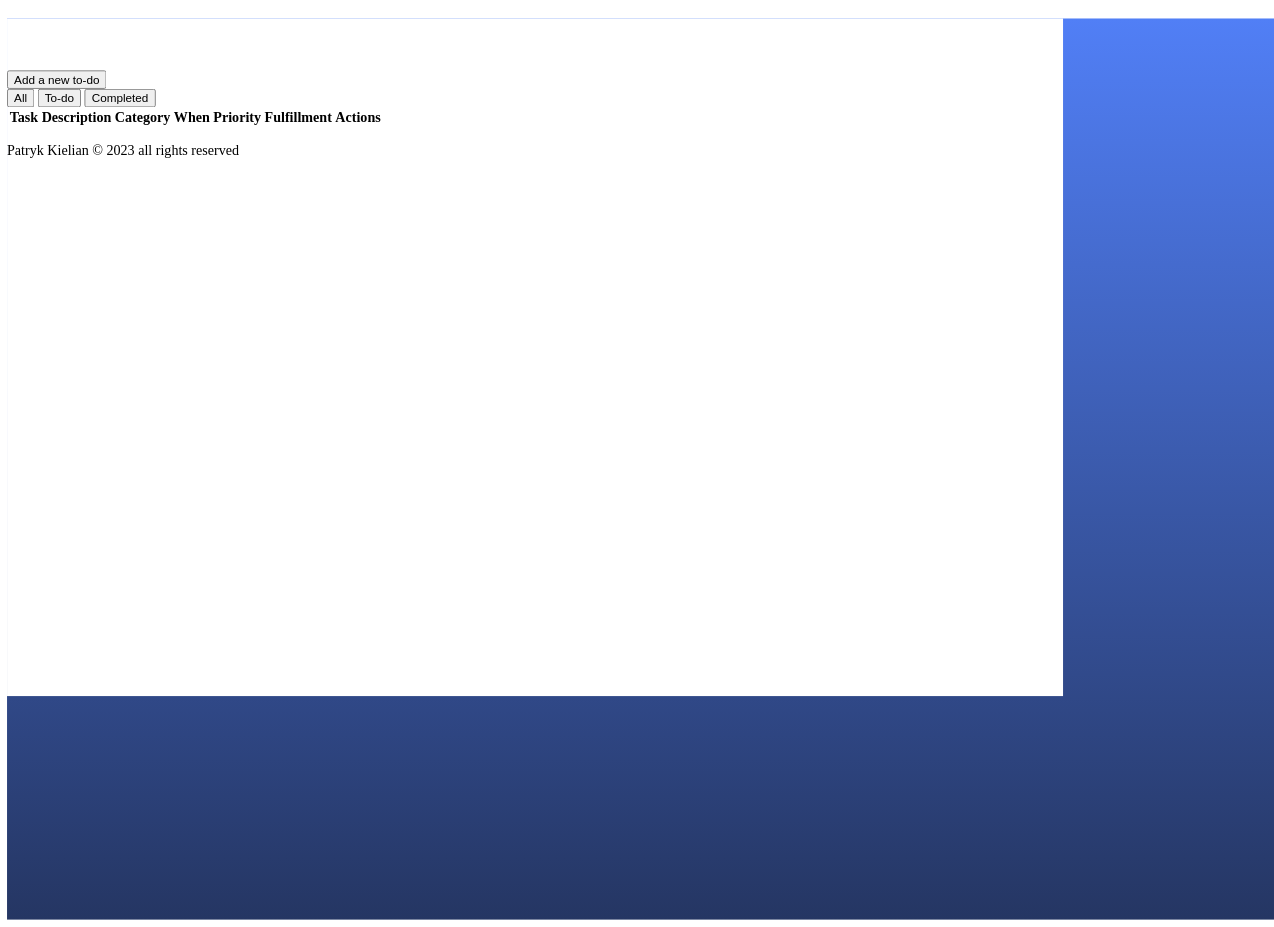
Repository: mirajane2/maquette-todo
Page: index.html
The author's editor kept a copy of each file at every save. The page is drawn from the files as they stood at one save, then again after the next save.
The browser window is 1280 px wide. The page is 1448 px wide, so the pictures cover 1448 px, including what lies to the right of the window. The pictures show the whole page, at 88% of full size.

Above is the page before, as saved 2024-11-12 15:32:20.

After the next save:
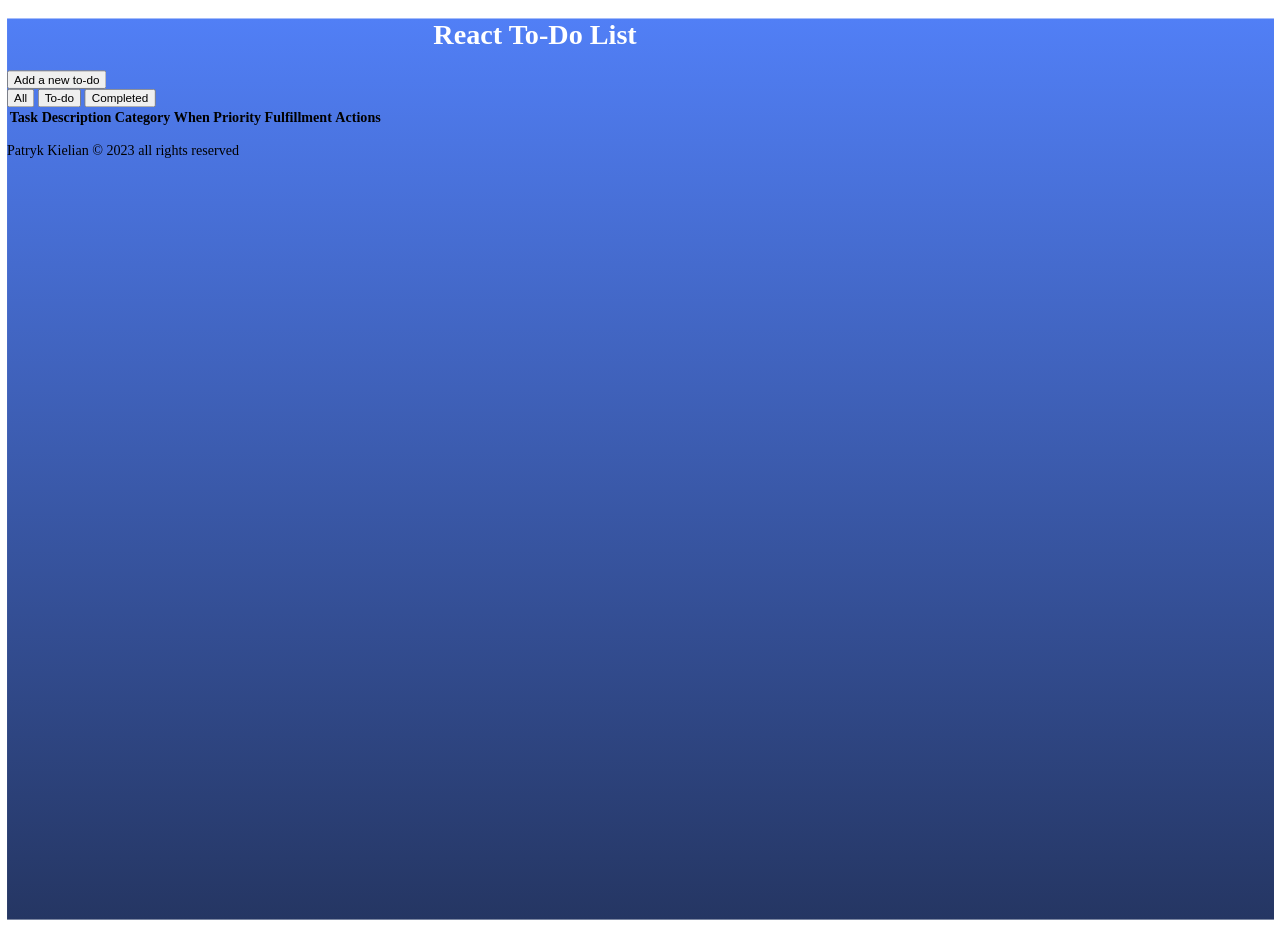
Saved 17 s later.
--- a/index.css
+++ b/index.css
@@ -6,8 +6,8 @@
 }
 
 .content{
-    background-color: #FFFFFF;
     opacity: 100%;
+    fill: #FFFFFF;
     width: 1200px;
     height: 770px;
 }
